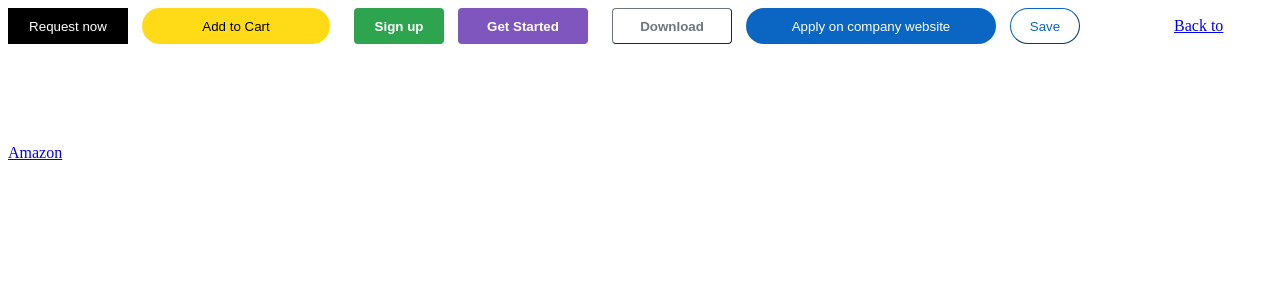
Repository: Kurumilli/Youtube
Page: Exercise3.html
The author's editor kept a copy of each file at every save. The page is drawn from the files as they stood at one save, then again after the next save.
The browser window is 1280 px wide. The pictures show the whole page.

Above is the page before, as saved 2025-01-25 12:48:37.

### Exercise3.html
<html>
    <body>
        <style>
            .uber{
                background-color: black;
                color: white;
                height:36px;
                border: none;
                width: 120px;
                margin-bottom: 100px;
                cursor: pointer;
                margin-right: 10px;
                transition: opacity 0.15s;
            }
            .uber:hover{
                opacity: 0.7;
            }

            .amazon{
                background-color:rgb(255,218,22) ;
                height: 36px;
                width: 188px;
                border: none;
                border-radius: 18px;
                margin-right: 10px;
                cursor: pointer;
                transition: background-color 0.15s;
            }

                .amazon:hover{
                    background-color:rgb(255,210,15) ; ;
                }

                .github{
                    background-color:rgb(46,164,79) ;
                    color: white;
                    height: 36px;
                    width: 90px;
                    border-radius: 4px;
                    margin-left: 10px;
                    cursor: pointer;
                    border:none;
                    font-weight: bold;
                    transition: box-shadow 0.15s;
                }

                .github:hover{
                    box-shadow: 8px 8px 10px rgba(0,0,0,0.15);
                }

                .bootstrap{
                    background-color:  rgb(126, 86, 189);
                    color: white;
                    font-weight: bold;
                    height: 36px;
                    width: 130px;
                    border: none;
                    border-radius: 4px;
                    cursor: pointer;
                    margin-left: 10px;
                    margin-right: 10px;
                    transition: background-color 0.15s;
                }

                .bootstrap:hover{
                    background-color: rgb(121, 82, 179);
                }

                .bootstrap2d{
                    font-weight: bold;
                    height: 36px;
                    width: 120px;
                    color: rgb(108,117,125);
                    background-color: white;
                    border-width: 1px;
                    border-color: rgb(108,117,125);
                    border-radius: 4px;
                    margin-left: 10px;
                    margin-right: 10px;
                    cursor: pointer;
                    transition: background-color, color 0.15s;
                }

                .bootstrap2d:hover{
                    background-color: rgb(108,117,125);
                    color: white;
                }

                .linkedin{
                background-color: rgb(10,102,194);
                color: white;
                height: 36px;
                width: 250px;
                border: none;
                cursor: pointer;
                border-radius: 18px;
                margin-right: 10px;
                transition: background-color 0.15s;
            }

            .linkedin:hover{
                background-color: rgb(5,90,160);
            }

            .linkedin2q{
                background-color: white;
                color:rgb(10,102,194);
                height: 36px;
                width: 70px;
                cursor: pointer;
                border-radius: 18px;
                border-color:rgb(10,102,194) ;
                border-width: 1px;
                margin-right: 90px;
                transition:background-color, border-width, border-color 0.15s
            }

            .linkedin2q:hover{
                 background-color: lightcyan;
                 font-weight: bold;
                 border-width: 2px;
                 border-color: rgb(10,102,194);
            }
             .a:hover{
                color: orange;
             }
         </style>
         <button class="uber">
            Request now
        </button>

        <button class="amazon">
            Add to Cart
        </button>

        <button class="github">
             Sign up
        </button>

        <button class="bootstrap">
            Get Started
        </button>

        <button class="bootstrap2d">
            Download
        </button>

        <button class="linkedin">
            Apply on company website
        </button>

        <button class="linkedin2q">
            Save
        </button>

        <a class="a" href="https://www.amazon.in/?&tag=googhydrabk1-21&ref=pd_sl_5szpgfto9i_e&adgrpid=155259813593&hvpone=&hvptwo=&hvadid=674893540034&hvpos=&hvnetw=g&hvrand=12349396605786975803&hvqmt=e&hvdev=c&hvdvcmdl=&hvlocint=&hvlocphy=9147615&hvtargid=kwd-64107830&hydadcr=14452_2316413&gad_source=1">
            Back to Amazon
        </a>

     </body>
</html>

After the next save:
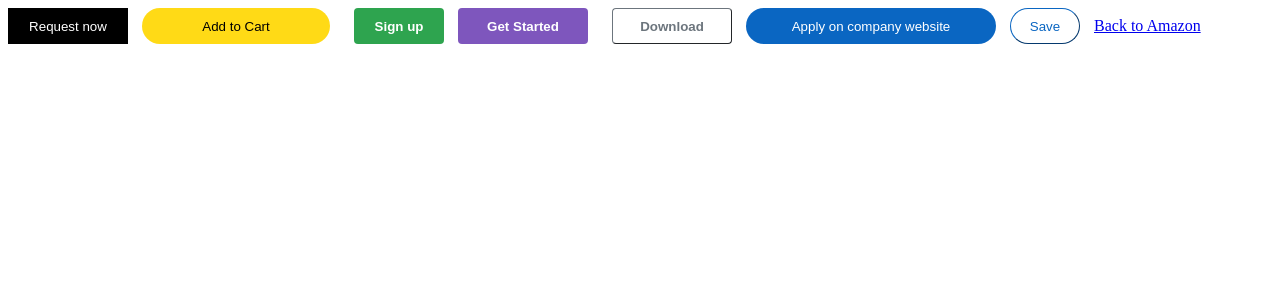
Saved 21 s later.
--- a/Exercise3.html
+++ b/Exercise3.html
@@ -111,7 +111,7 @@
                 border-radius: 18px;
                 border-color:rgb(10,102,194) ;
                 border-width: 1px;
-                margin-right: 90px;
+                margin-right: 10px;
                 transition:background-color, border-width, border-color 0.15s
             }
 
